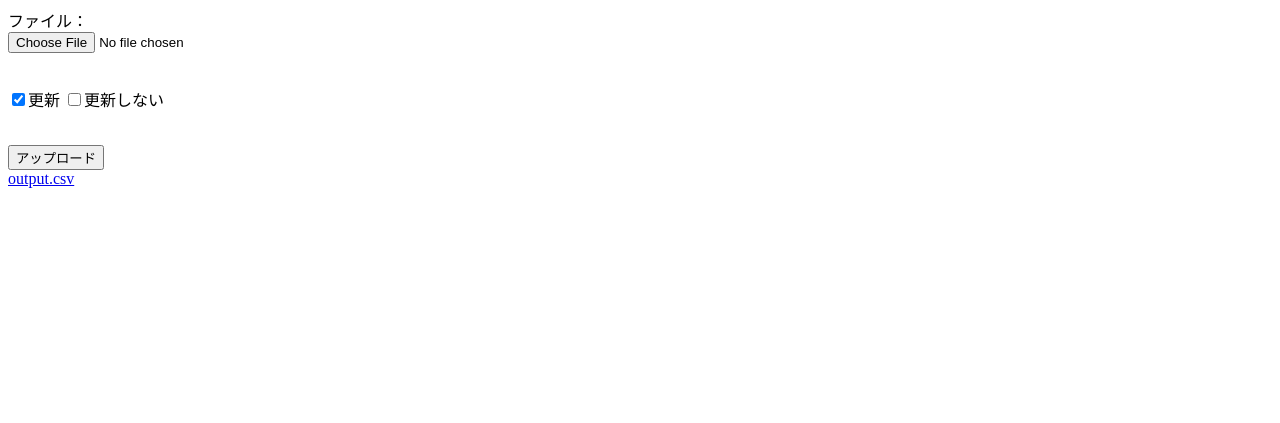
Repository: kaikikazu/StudyAbroad-R
Page: newdes/form.html
An editor plug-in stored every save of this project. The page is shown before and after the next save, followed by the edit.
The browser window is 1280 px wide. The pictures show the whole page.

Above is the page before, as saved 2018-04-13 06:35:14.

After the next save:
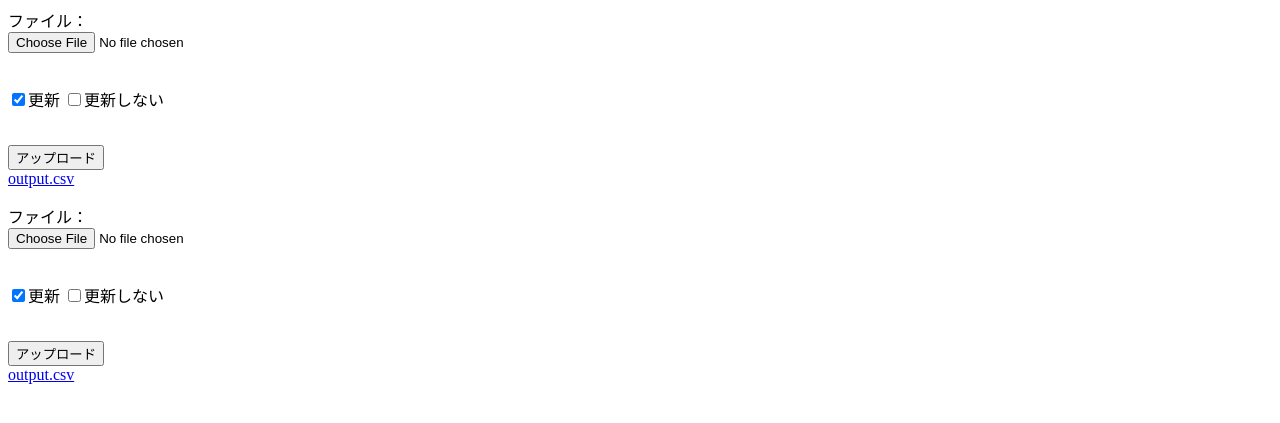
Saved 50 s later.
--- a/newdes/form.html
+++ b/newdes/form.html
@@ -4,6 +4,21 @@
 <title>sample</title>
 </head>
 <body>
+    <form action="make.php" method="post" enctype="multipart/form-data">
+      ファイル：<br />
+      <input type="file" name="upfile" size="30" /><br />
+      <br />
+      <p>
+        <input type="checkbox" name="riyu" value="1" checked="checked">更新
+        <input type="checkbox" name="riyu" value="2">更新しない
+    </p>
+    <br>
+      <input type="submit" value="アップロード" />
+      <br>
+      <a href="output.csv">output.csv</a>
+      <br>
+</form>
+
 <form action="upload.php" method="post" enctype="multipart/form-data">
   ファイル：<br />
   <input type="file" name="upfile" size="30" /><br />
